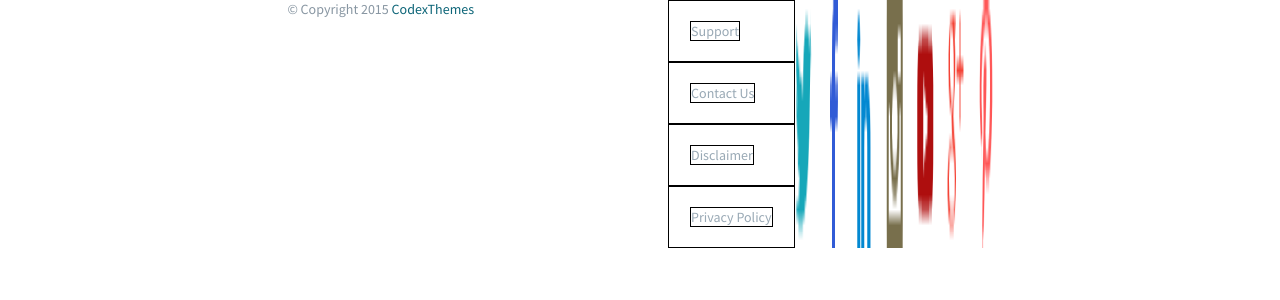
Repository: flylessbird/shop_cart
Page: html/footer.html
The author's editor kept a copy of each file at every save. The page is drawn from the files as they stood at one save, then again after a run of saves.
The browser window is 1280 px wide. The pictures show the whole page.
The style sheet was rebuilt from its Sass, Less or Tailwind sources for each picture, by a compiler version that may differ from the author's.

Above is the page before, as saved 2022-05-10 15:36:48.

After the next 3 saves:
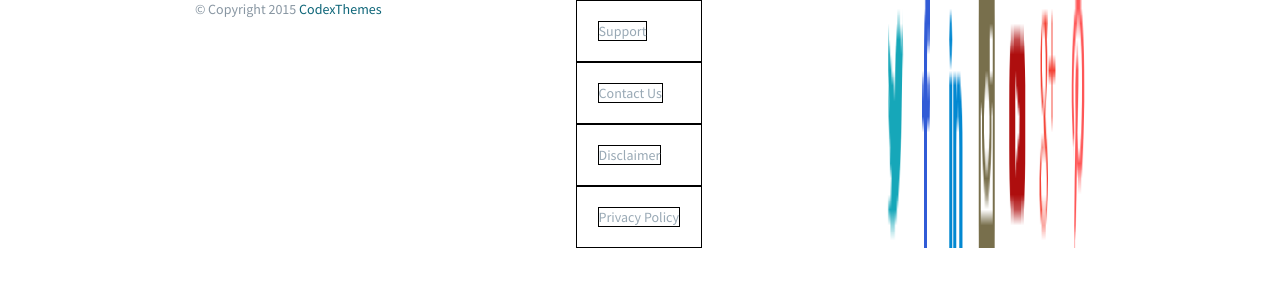
The 3 saves are shown as one change because they came seconds apart.
The last was saved 50 s later.
--- a/css/footer.scss
+++ b/css/footer.scss
@@ -31,6 +31,6 @@
     }
   }
   img {
-    // margin-left: ;
+    margin-left: 185px;
   }
 }
